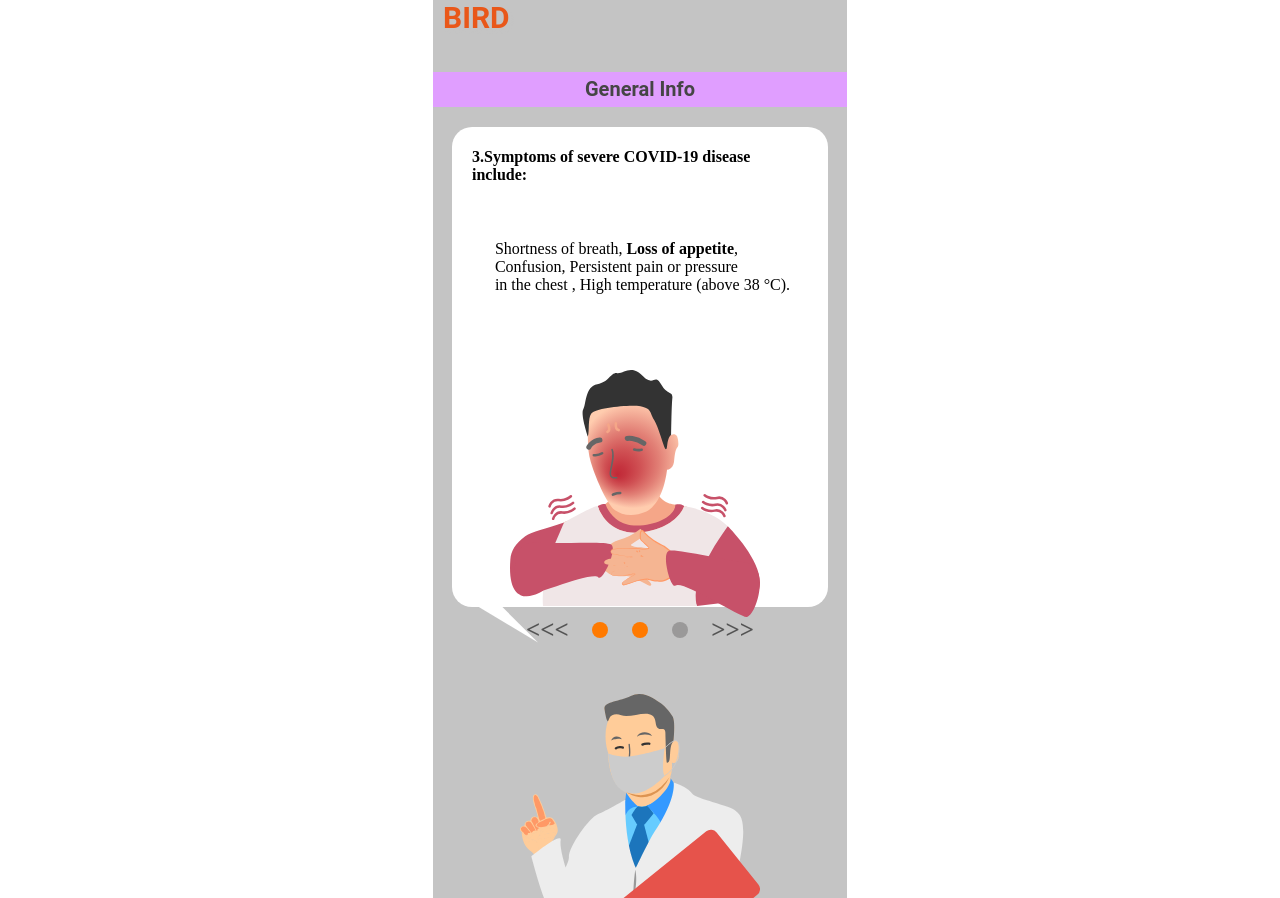
Repository: Levic559/BIRD
Page: General_info-3/3.html
An editor plug-in stored every save of this project. The page is shown before and after a run of saves, followed by the edit.
The browser window is 1280 px wide. The pictures show the whole page.

Above is the page before, as saved 2021-03-11 01:28:01.

### General_info-3/3.html
<!DOCTYPE html>
<html lang="en">
<head>
  <meta charset="UTF-8">
  <meta http-equiv="X-UA-Compatible" content="IE=edge">
  <meta name="viewport" content="width=device-width, initial-scale=1.0">
  <title>General Info 3-1</title>
  <link rel="stylesheet" href="../General_info_structure/mystyle.css">
</head>
<body>
  <div class="wrap">
    <div class="pages">
      <div class="header"></div>
      <div class="banner"></div>
      <div class="infographic">
        <h4 class="infographicQ">3.Symptoms of severe COVID‐19 disease include:

        </h4>
        <p class="infographicText2"><br>Shortness of breath,
          <b>Loss of appetite</b>,
          <br>Confusion,
         Persistent pain or pressure<br> in the chest ,
          High temperature (above 38 °C).
        </p>
        <div class="infographicImg11">
          <img src="../assets/patient-heat3.svg">
        </div>
      </div>
      <div class="triangle">
        <img src="../assets/chat-triangle.svg" class="triangleimg">
      </div>
      <div class="BtnPages"></div>
      <div class="Speaker">
        <img src="../assets/doctor-hand.svg" onmouseover="HandleDoctorOn()"
        onmouseout="HandleDoctorOut()" class="doctor">
      </div>
    </div>
</div>
</body>
<script src="../comps/Logo/index.js"></script>
<script src="../comps/Banner/index.js"></script>
<script src="../comps/BtnPages/index.js"></script>
<script src="1.js"></script>
<script>
      function HandleDoctorOn ()
  {
    document.querySelector(".doctor").src ="../assets/doctor.svg"
    document.querySelector(".doctor").style.width = "100%"
    document.querySelector(".doctor").style.height = "100%"
  }
  function HandleDoctorOut ()
  {
    document.querySelector(".doctor").src ="../assets/doctor-hand.svg"
    document.querySelector(".doctor").style.width = ""
    document.querySelector(".doctor").style.height = ""

  }
</script>
</html>

### General_info_structure/mystyle.css
body {
  margin: 0;
  padding: 0;
}

.wrap{
  width: 100vw;
  height: 100vh;
  box-sizing: border-box;
  position: relative;
  display: flex;
  flex-direction: row;
}
.pages{
  margin: 0 auto;
  width: 414px;
  height: 898px;
  display: flex;
  flex-direction: column;
  background-color: #C4C4C4;
  overflow: hidden;
}
.header{
  width: 414px;
  height: 85px;
  padding-left: 10px;
}
.banner{
  width: 414px;
  height: 35px;
  margin: 0 ;
  padding: 0;
}
.bgcWhite{
  background-color: #fff;
}

.infographic {
  width: 376px;
  min-height: 480px;
  max-height: 480px;
  margin-top: 20px;
  background-color: white;
  border-radius: 20px;
  align-self: center;
  display: flex;
  flex-direction: column;
  align-items: center;
  justify-content: space-between;
}

.triangle {
  width: 70px;
  height: 70px;
  overflow: hidden;
  position: relative;
  left: 35px;
  bottom: 15px;
}

.triangleimg {
  width: 100%;
  height: 100%;
}

.BtnPages {
  align-self: center;
  position: relative;
  bottom: 50px;
}

.Speaker {
  width: 240px;
  height: 240px;
  overflow: hidden;
  align-self: center;
}
.head{
  color: #C4C4C4;
  position: absolute;
  margin-right: 170px;
  margin-top: 230px;

}
.head2{
  color: #C4C4C4;
  position: absolute;
  margin-right: 180px;
  margin-top: 430px;

}

.infographicImg{

  width: 300px;
  height: 200px;
  overflow: hidden;
  position: absolute;
  margin-top: 250px;
}
.infographicImg2{
  width: 35px;
  height: 35px;
  position: absolute;
  margin-top: 280px;
  margin-right: 255px;
  overflow: hidden;
}
.infographicImg3{
  width: 75px;
  height: 75px;
  position: absolute;
  margin-top: 300px;
  margin-right: 150px;
  overflow: hidden;
}
.infographicImg4{
  width: 30px;
  height: 30px;
  position: absolute;
  margin-top: 270px;
  margin-right: 60px;
  overflow: hidden;
}
.infographicImg5{
  width: 35px;
  height: 35px;
  position: absolute;
  margin-top: 360px;
  margin-right: 110px;
  overflow: hidden;
}
.infographicImg6{
  width: 75px;
  height: 75px;
  position: absolute;
  margin-top: 300px;
  margin-right: 200px;
  overflow: hidden;
}
.infographicImg7{
  width: 30px;
  height: 30px;
  position: absolute;
  margin-top: 250px;
  margin-right: 49px;
  overflow: hidden;
}
.infographicImg8{
  width: 250px;
  height: 250px;
  position: absolute;
  margin-top: 250px;
  margin-right: 10px;
  overflow: hidden;
}
.infographicImg9{
  width: 250px;
  height: 250px;
  position: absolute;
  margin-top: 243px;
  margin-right: 10px;
  overflow: hidden;
}
.infographicImg10{
  width: 250px;
  height: 250px;
  position: absolute;
  margin-top: 267px;
  margin-right: 10px;
  overflow: hidden;
}
.infographicImg11{
  width: 250px;
  height: 250px;
  position: absolute;
  margin-top: 243px;
  margin-right: 10px;
  overflow: hidden;
}


.infographicQ {
  padding-left: 20px;
  padding-right: 20px;
}

.infographicText {
  font-size: 30px;
  padding-left: 20px;
  padding-right: 20px;
}
.infographicText1{
  font-size: 15px;
  display: flex;
  position: absolute;
  margin-top: 100px;
  margin-right: 150px;
}
.infographicText2{
  position: relative;
  margin-bottom: 400px;
  margin-left: 5px;
}

### comps/Logo/index.js
function LogoUI(fontSize="84",fontWeight="700", Scolor="grey"){
  return`
  <div style="
  font-size:${fontSize}px;
  font-weight:${fontWeight};
  font-family: Roboto;
  position:absolute;
  color:#E95719;
  text-shadow:3px 3px 3px ${Scolor} ;
  transition: opactity 0.3s; left 0.5s;
  opacity:1;
  onmouseover="LogoUI.HandleMouseover(this)";
  onmouseout="LogoUI.HandleMouseout(this)";
  onclick="LogoUI.Handleclick(this)";
  >BIRD</div>

  `
}

LogoUI.HandleMouseover = (el) =>{
  el.style.opacity = 0.75;
}

LogoUI.HandleMouseout = (el) =>{
  el.style.opacity = 1;
}

LogoUI.Handleclick = (el) =>{
  el.style.top = "-20px";
  el.style.fontSize="550%";
}

// export  const Logo = LogoUI();

### comps/Banner/index.js
function BannerUI(text="Covid-19"){
  return`
  <div style="
  width:414px;
  height:35px;
  font-size:20px;
  line-height: 35px;
  text-align: center;
  font-weight:700;
  font-family: Roboto;
  background-color:#E09EFF;
  color:#454545;
  ">${text}</div>

  `
}

// export  const Banner = BannerUI();

### comps/BtnPages/index.js
function BtnPagesUI (circleTwo="#9A9999", circleThree="#9A9999", lastPage="../General_info_structure/General_info-1.html", nextPage="../General_info_structure/General_info-1.html")
{
    return`
        <div style="
            display: flex;
            flex-direction: row;
            max-width: 228px;
            min-width: 228px;
            justify-content: space-between;
            align-items: center;
        ">
            <div style="
                font-size: 25px;
                font-weight: bold;
                color: #545454;
                transition: text-shadow 0.3s;
            "
            onmouseover='BtnPagesUI.HandleMouseOver1(this)'
            onmouseout='BtnPagesUI.HandleMouseOut1(this)'
            onclick='window.location.href="${lastPage}"'
            > <<< </div>

            <div style="
                width: 16px;
                height: 16px;
                border-radius: 50%;
                background-color: #FF7A00;
                transition: border 0.3s;
            "
            onmouseover='BtnPagesUI.HandleMouseOver2(this)'
            onmouseout='BtnPagesUI.HandleMouseOut2(this)'
            onclick='window.location.href="../General_info-1/1.html"'
            ></div>
            <div style="
                width: 16px;
                height: 16px;
                border-radius: 50%;
                background-color: ${circleTwo};
                transition: border 0.3s;
            "
            onmouseover='BtnPagesUI.HandleMouseOver2(this)'
            onmouseout='BtnPagesUI.HandleMouseOut2(this)'
            onclick='window.location.href="../General_info-3/1.html"'
            ></div>
            <div style="
                width: 16px;
                height: 16px;
                border-radius: 50%;
                background-color: ${circleThree};
                transition: border 0.3s;
            "
            onmouseover='BtnPagesUI.HandleMouseOver2(this)'
            onmouseout='BtnPagesUI.HandleMouseOut2(this)'
            onclick='window.location.href="../General_info-5/1.html"'
            ></div>

            <div style ="
                font-size: 25px;
                font-weight: bold;
                color: #545454;
                transition: text-shadow 0.3s;
            "
            onmouseover='BtnPagesUI.HandleMouseOver1(this)'
            onmouseout='BtnPagesUI.HandleMouseOut1(this)'
            onclick='window.location.href="${nextPage}"'
            > >>> </div>
        </div>
    `
}

BtnPagesUI.HandleMouseOver1 = (el) => {
    el.style.textShadow = "0px 0px 3px black"
}

BtnPagesUI.HandleMouseOut1 = (el) => {
    el.style.textShadow = "0px 0px 0px #545454"
}

BtnPagesUI.HandleMouseOver2 = (el) => {
    el.style.border = " 2px solid #545454"
}
BtnPagesUI.HandleMouseOut2 = (el) => {
    el.style.border = " 0px solid #545454"
}



//export const BtnPages = BtnPagesUI()

### General_info-3/1.js
document.querySelector(".header").innerHTML += LogoUI(30,700, "#C4C4C4");
document.querySelector(".banner").innerHTML += BannerUI("General Info");
document.querySelector(".BtnPages").innerHTML += BtnPagesUI("#FF7A00", "#9A9999");

After the next 2 saves:
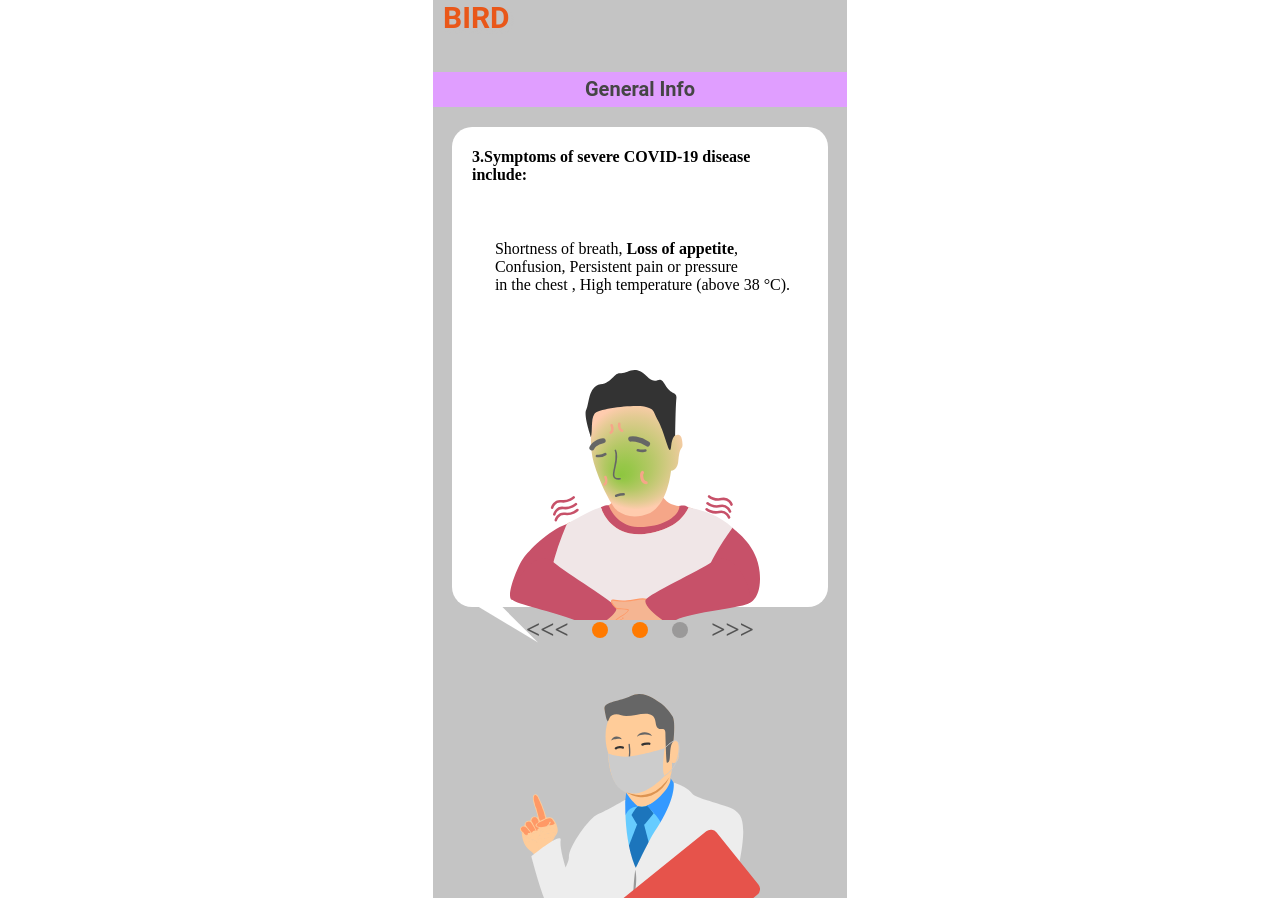
The 2 saves are shown as one change because they came seconds apart.
The last was saved 22 s later.
--- a/General_info-3/3.html
+++ b/General_info-3/3.html
@@ -23,7 +23,7 @@
           High temperature (above 38 °C).
         </p>
         <div class="infographicImg11">
-          <img src="../assets/patient-heat3.svg">
+          <img src="../assets/patient-sickly.svg">
         </div>
       </div>
       <div class="triangle">
